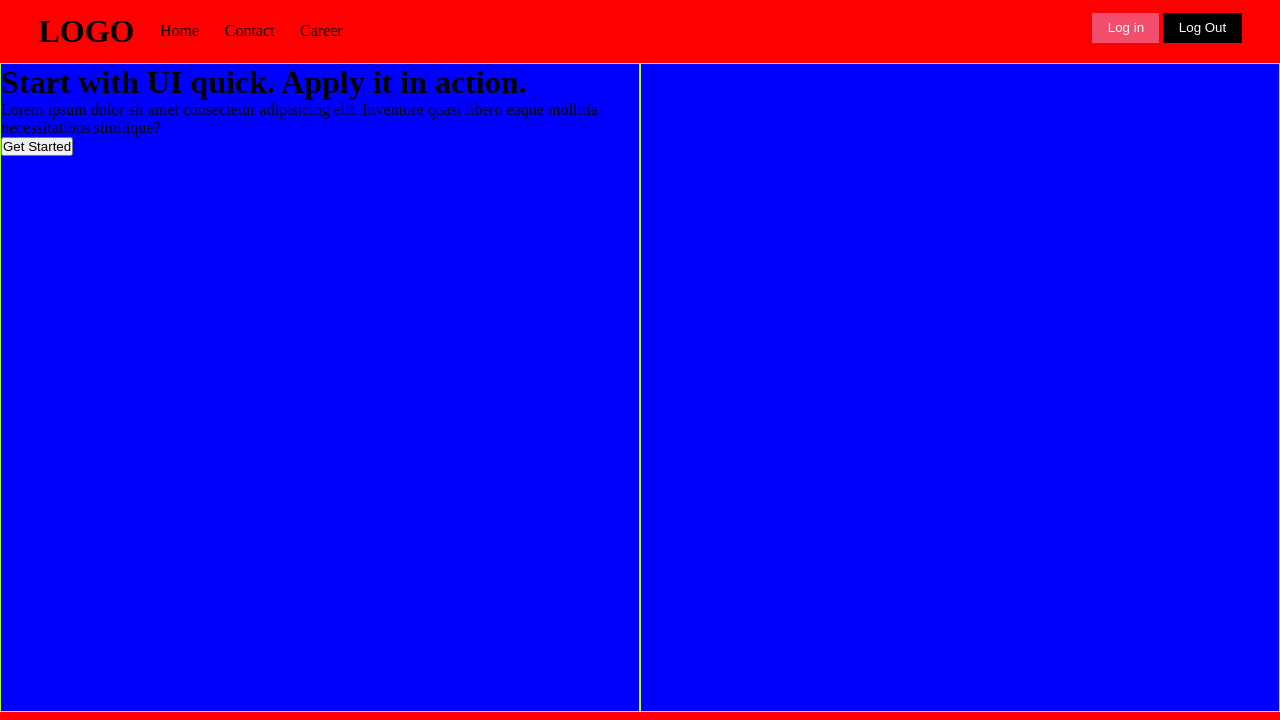
Repository: Ashishchakravartii/landingPage
Page: index.html
The author's editor kept a copy of each file at every save. The page is drawn from the files as they stood at one save, then again after the next save.
The browser window is 1280 px wide. The pictures show the whole page.

Above is the page before, as saved 2024-07-24 12:39:46.

After the next save:
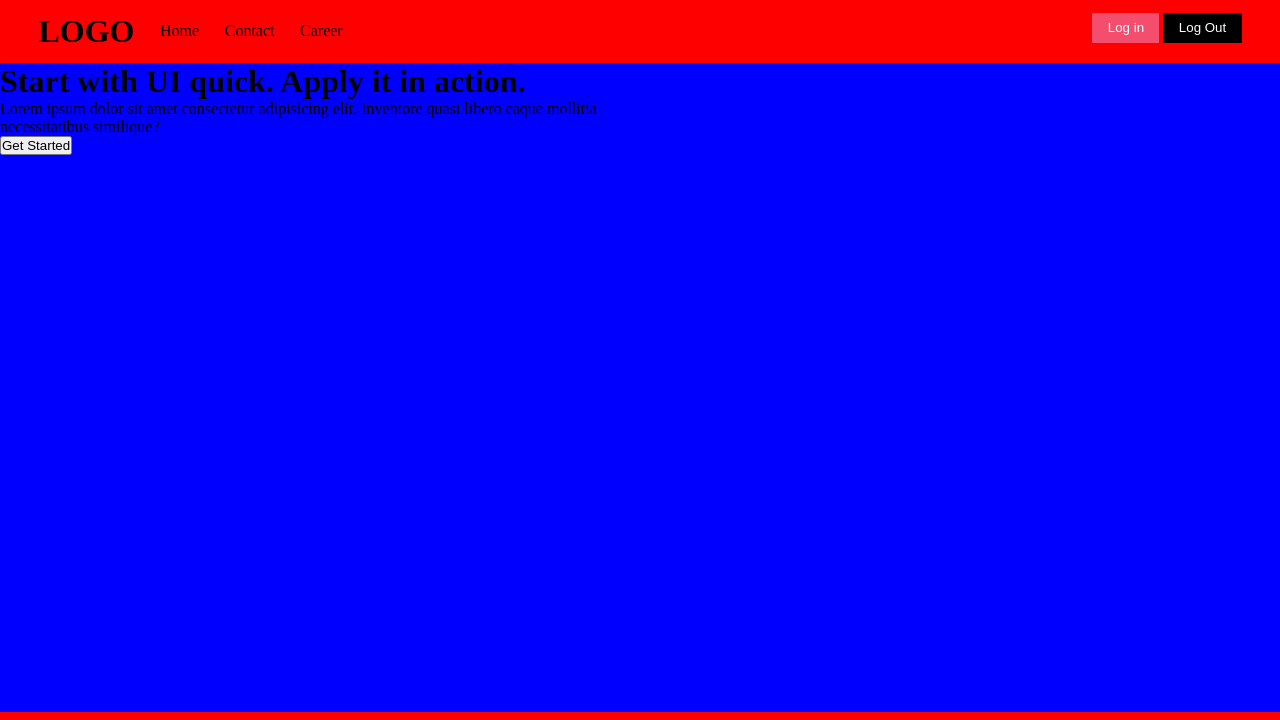
Saved 10 s later.
--- a/style.css
+++ b/style.css
@@ -52,5 +52,4 @@ body{
 .bottomSec>div{
     width: 50%;
     height: 100%;
-    border: 1px solid greenyellow;
 }
